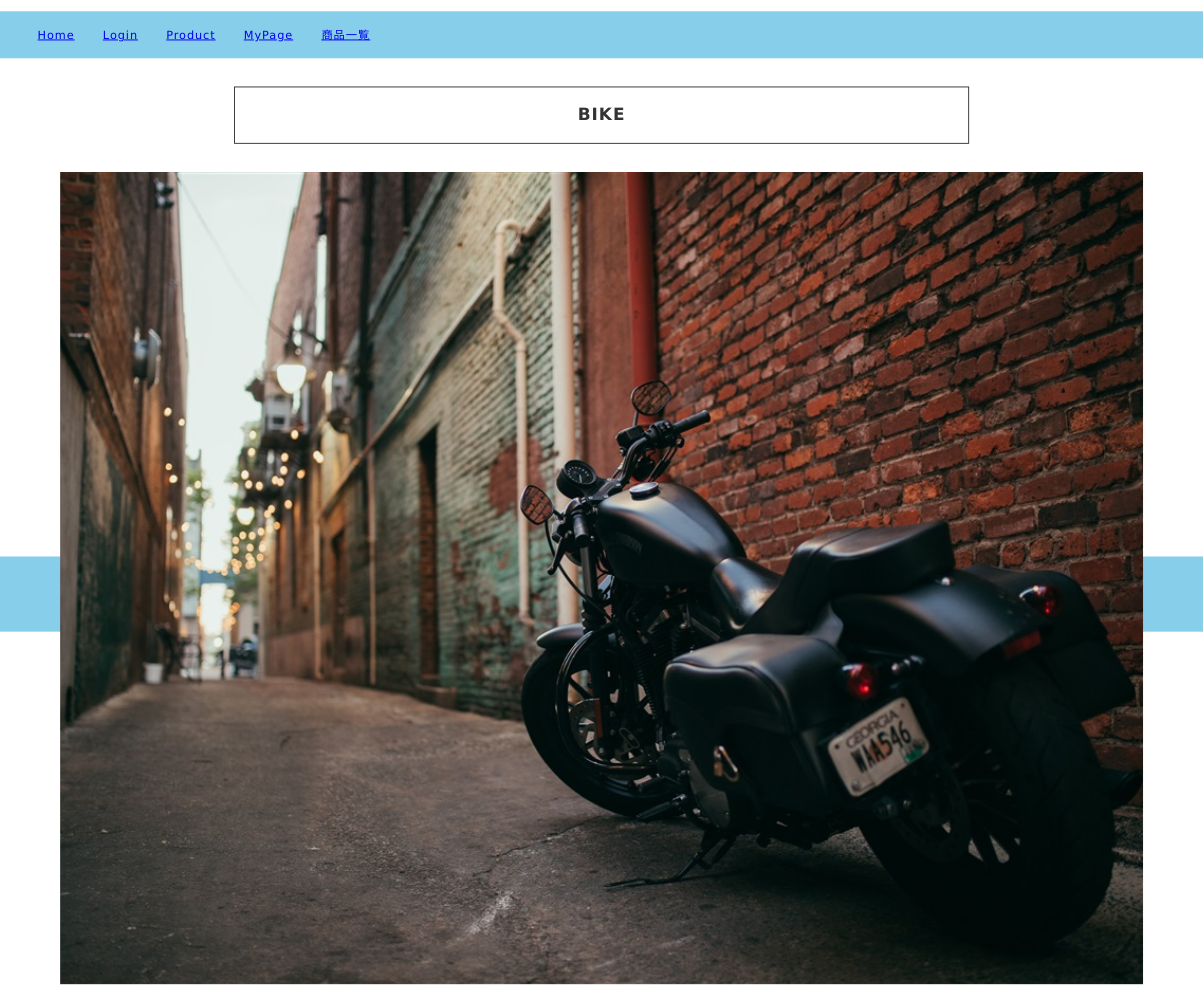
Repository: RYOYAEGAWA/test
Page: http://localhost/ecsite_a/
The author's editor kept a copy of each file at every save. The page is drawn from the files as they stood at one save, then again after the next save.
The browser window is 1280 px wide. The pictures show the whole page, at 94% of full size.
The page is served by Tomcat 9.

Above is the page before, as saved 2018-05-19 14:48:50.

After the next save:
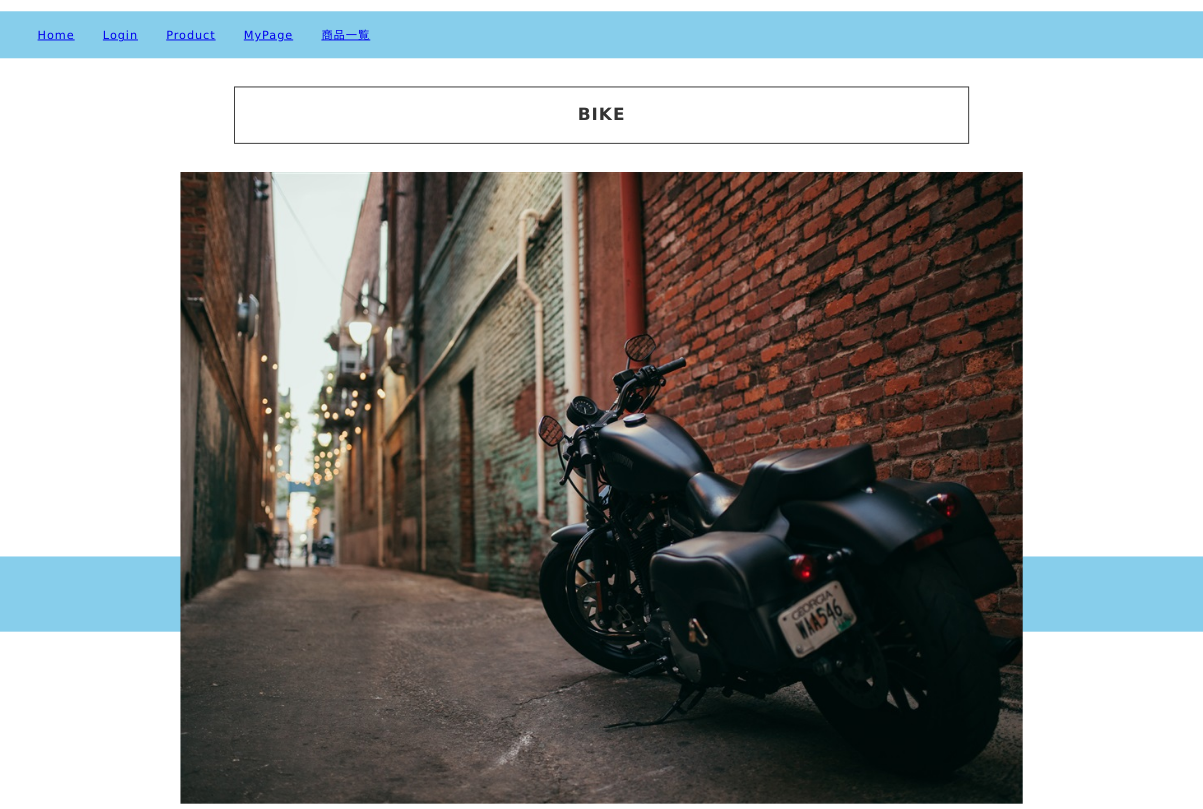
Saved 19 s later.
--- a/java/Eclipse_Data/ecsite_a/WebContent/home.jsp
+++ b/java/Eclipse_Data/ecsite_a/WebContent/home.jsp
@@ -97,7 +97,7 @@
 
                          <!-- 画像挿入 -->
 			<div class="HomeImage">
-			<div><img src="./image/Top_Bike.jpg"  height=90% width=90%></div>
+			<div><img src="./image/Top_Bike.jpg"  height=70% width=70%></div>
 			</div>
 
 
